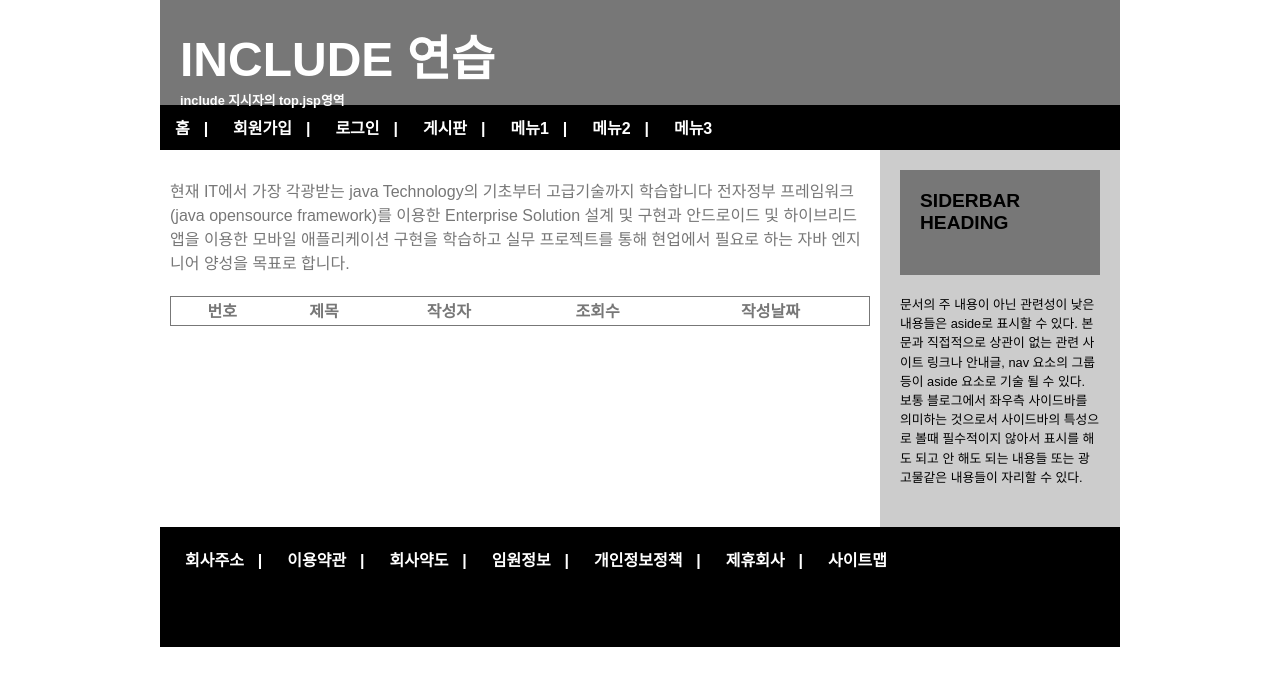
Repository: dev-sean/kosta
Page: http://localhost/jsp_1105_mybatis/bbslist.jsp
The author's editor kept a copy of each file at every save. The page is drawn from the files as they stood at one save, then again after a run of saves.
The browser window is 1280 px wide. The pictures show the whole page.
Some web libraries are served in a nearby version. The page is served by Tomcat 9.

Above is the page before, as saved 2014-11-05 06:48:39.

After the next 2 saves:
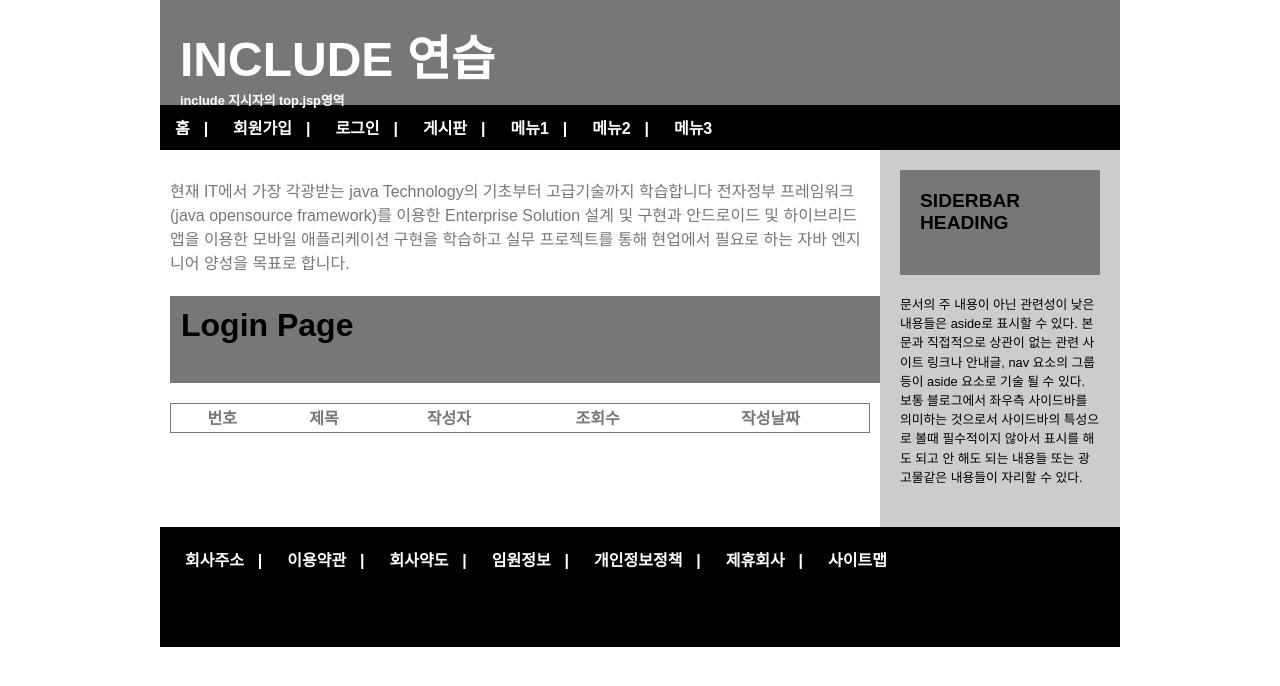
The 2 saves are shown as one change because they came seconds apart.
The last was saved 40 s later.
--- a/jsp/jsp_1105_mybatis/WebContent/bbslist.jsp
+++ b/jsp/jsp_1105_mybatis/WebContent/bbslist.jsp
@@ -8,26 +8,33 @@
 		프레임워크(java opensource framework)를 이용한 Enterprise Solution 설계 및 구현과
 		안드로이드 및 하이브리드앱을 이용한 모바일 애플리케이션 구현을 학습하고 실무 프로젝트를 통해 현업에서 필요로 하는 자바
 		엔지니어 양성을 목표로 합니다.</p>
-	<table style="width:100%; border:1px solid; border-collapse:collapse">
-		<thead>
-			<tr>
-				<th>번호</th>
-				<th>제목</th>
-				<th>작성자</th>
-				<th>조회수</th>
-				<th>작성날짜</th>
-			</tr>
-		</thead>
-		<tbody>
-			<tr>
-				<td></td>
-				<td></td>
-				<td></td>
-				<td></td>
-				<td></td>
-			</tr>
-		</tbody>
-	</table>
+	<section>
+		<header style="margin: auto; width: 100%;">
+			<h2>Login Page</h2>
+		</header>
+		<p>
+		<table
+			style="width: 100%; border: 1px solid; border-collapse: collapse">
+			<thead>
+				<tr>
+					<th>번호</th>
+					<th>제목</th>
+					<th>작성자</th>
+					<th>조회수</th>
+					<th>작성날짜</th>
+				</tr>
+			</thead>
+			<tbody>
+				<tr>
+					<td></td>
+					<td></td>
+					<td></td>
+					<td></td>
+					<td></td>
+				</tr>
+			</tbody>
+		</table>
+	</section>
 </article>
 <aside>
 	<header>
